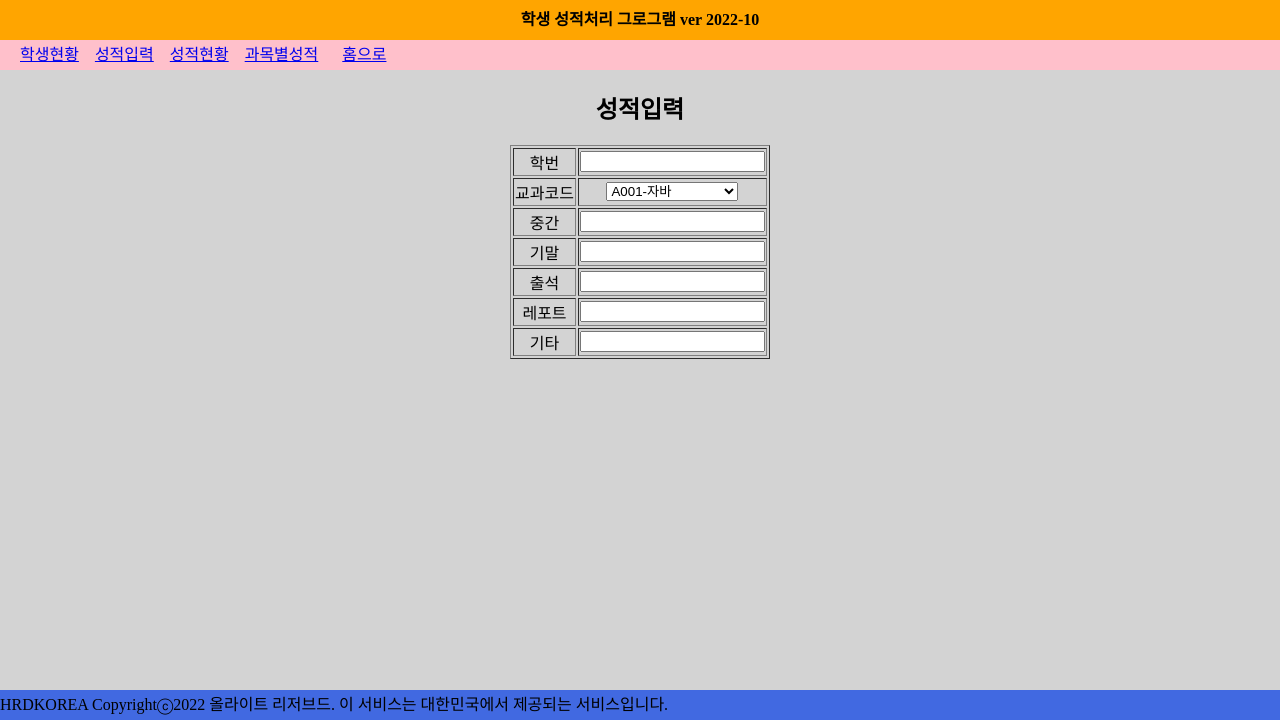
Repository: GotChun/license_practice
Page: http://localhost/HRD_0525/insert.jsp
The author's editor kept a copy of each file at every save. The page is drawn from the files as they stood at one save, then again after the next save.
The browser window is 1280 px wide. The pictures show the whole page.
The page is served by Tomcat 9.

Above is the page before, as saved 2025-02-22 13:16:31.

After the next save:
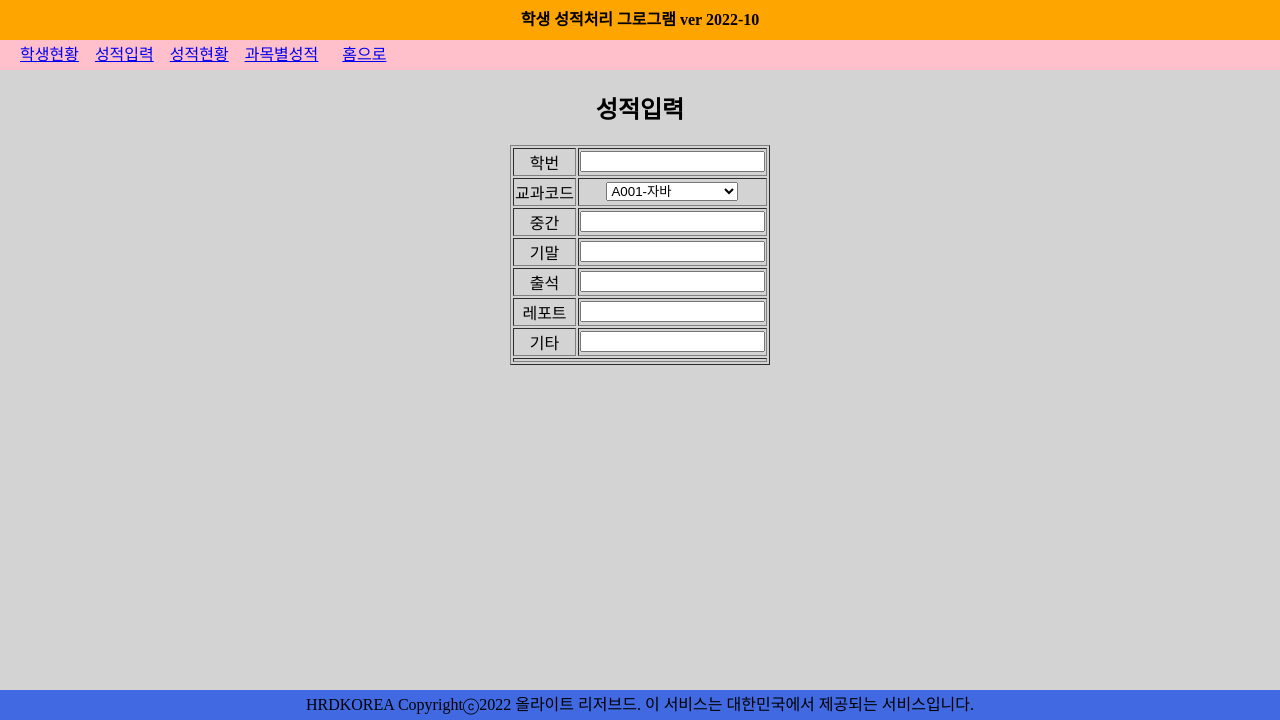
Saved 23 s later.
--- a/HRD_0525/src/main/webapp/insert.jsp
+++ b/HRD_0525/src/main/webapp/insert.jsp
@@ -47,6 +47,9 @@
 		<td>기타</td>
 		<td><input type="number" name="etc"> </td>
 	</tr>
+	<tr>
+		<td colspan="2>
+	</tr>
 </table>
 </form>
 
